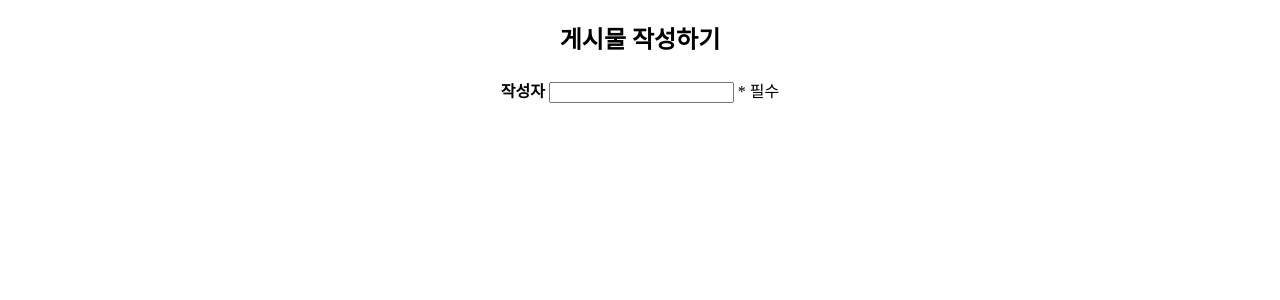
Repository: angwanghyeon/eclipse
Page: http://localhost/sec11/board/boardWrite.jsp
These files come from the project's save history. The page is drawn as it stood at one moment and after the next save; the edit follows.
The browser window is 1280 px wide. The pictures show the whole page.
The page is served by Tomcat 9.

Above is the page before, as saved 2023-09-06 01:29:23.

After the next save:
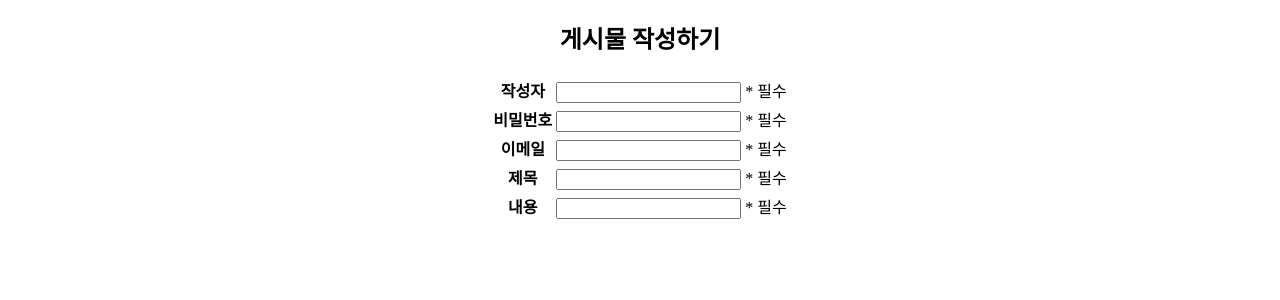
Saved 44 s later.
--- a/sec11/src/main/webapp/board/boardWrite.jsp
+++ b/sec11/src/main/webapp/board/boardWrite.jsp
@@ -11,12 +11,28 @@
 		<h2>게시물 작성하기</h2>
 		<form action="BoardServlet" name="frm" method="post">
 		<input type="hidden" name="command" value="board_write">
-			<table>
-				<tr>
-					<th>작성자</th>
-					<td><input type="text" name="name"> * 필수 </td>
-				</tr>
-			</table>
+		 <table>
+			 <tr>
+				<th>작성자</th>
+				<td><input type="text" name="name"> * 필수 </td>
+			 </tr>
+			 <tr>
+				<th>비밀번호</th>
+				<td><input type="text" name="name"> * 필수 </td>
+			 </tr>
+			 <tr>
+				<th>이메일</th>
+				<td><input type="text" name="name"> * 필수 </td>
+			 </tr>
+			 <tr>
+				<th>제목</th>
+				<td><input type="text" name="name"> * 필수 </td>
+			 </tr>
+			 <tr>
+				<th>내용</th>
+				<td><input type="text" name="name"> * 필수 </td>
+			 </tr>
+		 </table>
 		</form>
 	</div>
 </body>
